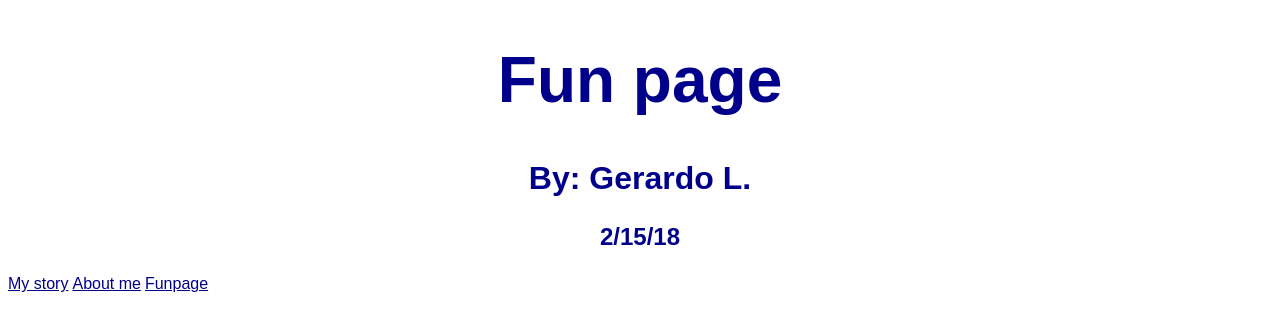
Repository: gesquivel15/gesquivel15.github.io
Page: Funpage.html
The author's editor kept a record of every edit. The page is drawn from the files as they stood at one moment, then again after the next edit.
The browser window is 1280 px wide. The pictures show the whole page.

Above is the page before.

After the next edit:
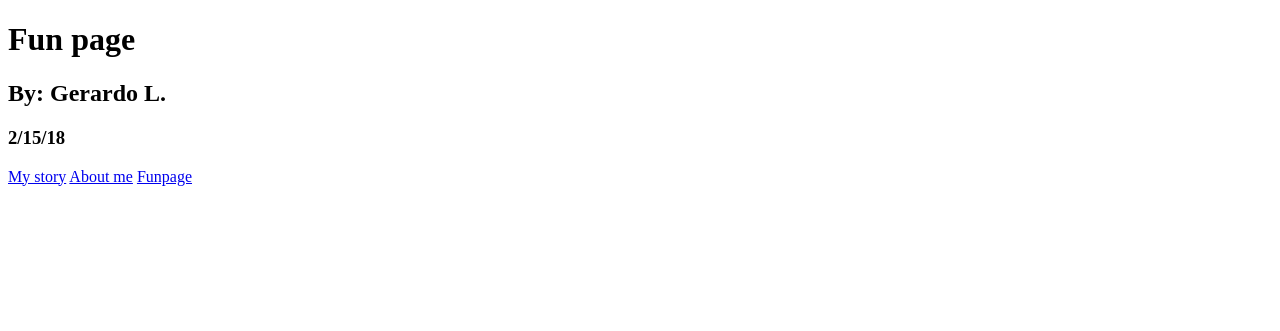
Not found: styles.css
The edit:
--- a/Funpage.html
+++ b/Funpage.html
@@ -1,7 +1,7 @@
 <!DOCTYPE html>
 <html>
   <head>
-    <link href="style.css" type="text/css" rel="stylesheet">
+    <link href="styles.css" type="text/css" rel="stylesheet">
     <title>Fun Page</title>
     </head
     <body>

After the 2 edits that followed:
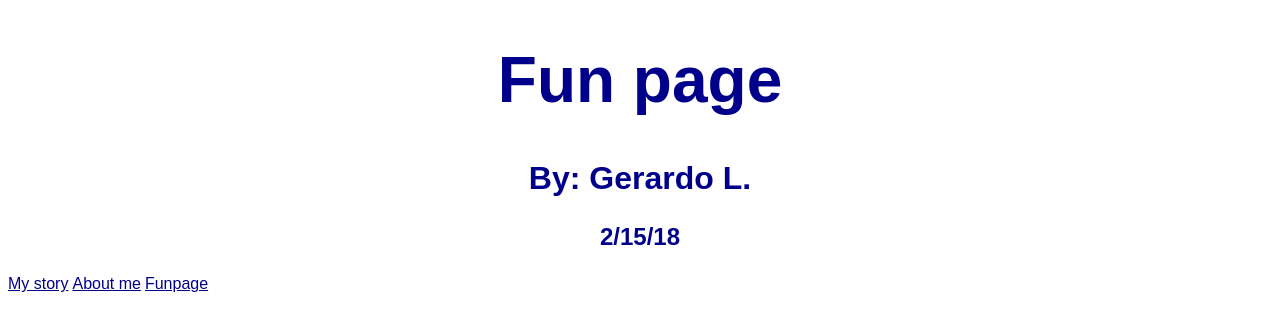
The 2 edits are shown as one change because 1 left the picture as it was.
The edit:
--- a/Funpage.html
+++ b/Funpage.html
@@ -1,7 +1,7 @@
 <!DOCTYPE html>
 <html>
   <head>
-    <link href="styles.css" type="text/css" rel="stylesheet">
+    <link href="style.css" type="text/css" rel="stylesheet">
     <title>Fun Page</title>
     </head
     <body>
@@ -9,5 +9,5 @@
      <h2>By: Gerardo L.</h2>
      <h3>2/15/18</h3>
      <a href="my_story.html">My story</a>
-    <a href="about_me.html">About me</a>
-    <a href="Funpage.html">Funpage</a>
+     <a href="about_me.html">About me</a>
+     <a href="Funpage.html">Funpage</a>
